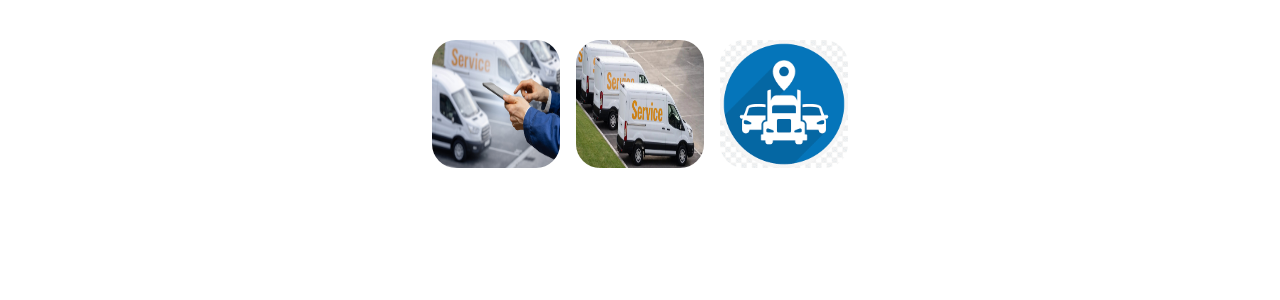
Repository: adityadhimaann/fleettrack
Page: images.html
An editor plug-in stored every save of this project. The page is shown before and after a run of saves, followed by the edit.
The browser window is 1280 px wide. The pictures show the whole page.
Some web libraries are served in a nearby version.

Above is the page before, as saved 2025-04-09 12:20:54.

### images.html
<!DOCTYPE html>
<html lang="en">
<head>
    <meta charset="UTF-8">
    <meta name="viewport" content="width=device-width, initial-scale=1.0">
    <title>Image Slide</title>
    <script src="https://cdn.tailwindcss.com"></script>
    <script src="https://cdnjs.cloudflare.com/ajax/libs/Chart.js/3.9.1/chart.min.js"></script>
    <link rel="stylesheet" href="https://cdnjs.cloudflare.com/ajax/libs/font-awesome/6.0.0-beta3/css/all.min.css">

</head>
<body>
    <!-- fixed inset 0 -->
    <!-- image gallery -->
     <div class="flex justify-center items-center gap-4 m-10">
        <img src="/images/fleet1.jpg" alt="" class="w-32 h-32 rounded-3xl cursor-pointer hover:scale-105 transition" onclick="addimage(0)">
        <img src="/images/fleet2.jpeg" alt="" class="w-32 h-32 rounded-3xl cursor-pointer hover:scale-105 transition" onclick="addimage(1)">
        <img src="/images/fleet3.png" alt="" class="w-32 h-32 rounded-3xl cursor-pointer hover:scale-105 transition" onclick="addimage(2)">
     </div>
</body>
</html>

After the next 2 saves:
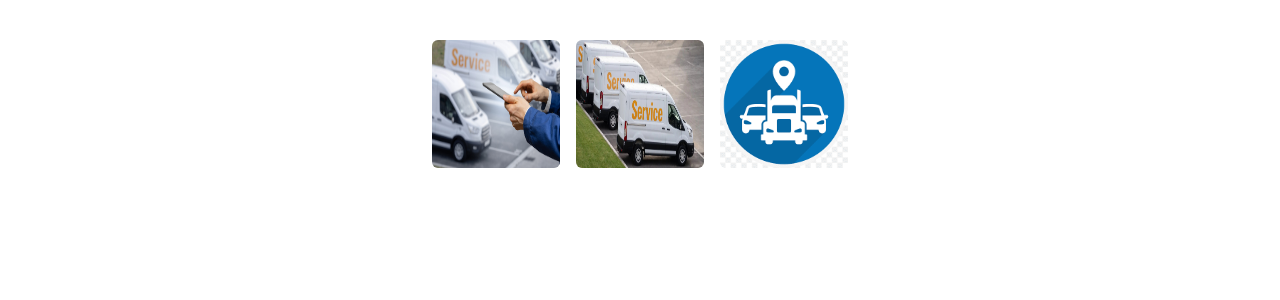
The 2 saves are shown as one change because they came seconds apart.
The last was saved 87 s later.
--- a/images.html
+++ b/images.html
@@ -13,9 +13,9 @@
     <!-- fixed inset 0 -->
     <!-- image gallery -->
      <div class="flex justify-center items-center gap-4 m-10">
-        <img src="/images/fleet1.jpg" alt="" class="w-32 h-32 rounded-3xl cursor-pointer hover:scale-105 transition" onclick="addimage(0)">
-        <img src="/images/fleet2.jpeg" alt="" class="w-32 h-32 rounded-3xl cursor-pointer hover:scale-105 transition" onclick="addimage(1)">
-        <img src="/images/fleet3.png" alt="" class="w-32 h-32 rounded-3xl cursor-pointer hover:scale-105 transition" onclick="addimage(2)">
+        <img src="/images/fleet1.jpg" alt="" class="w-32 h-32 rounded-md cursor-pointer hover:scale-105 transition" onclick="addimage(0)">
+        <img src="/images/fleet2.jpeg" alt="" class="w-32 h-32 rounded-md cursor-pointer hover:scale-105 transition" onclick="addimage(1)">
+        <img src="/images/fleet3.png" alt="" class="w-32 h-32 rounded-md cursor-pointer hover:scale-105 transition" onclick="addimage(2)">
      </div>
 </body>
 </html>
